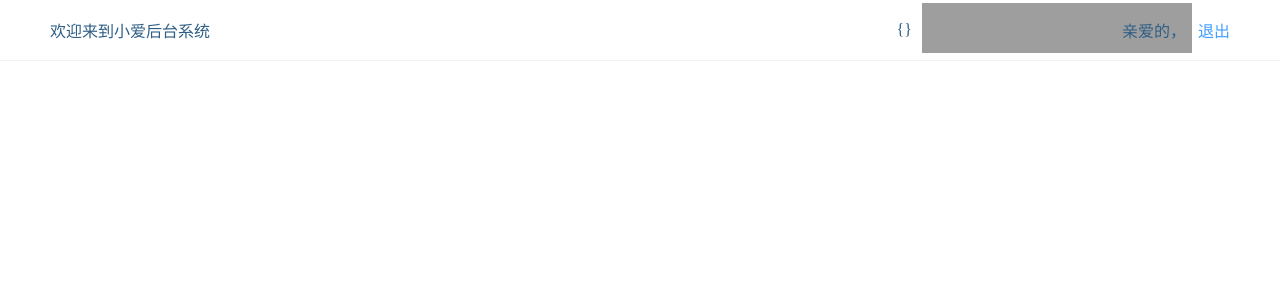
Repository: ZHANG-0714/backstage
Page: /
These files come from the project's save history. The page is drawn as it stood at one moment and after the next save; the edit follows.
The browser window is 1280 px wide. The pictures show the whole page.
Pictures or frames that could not be fetched are drawn as grey boxes. The project was rebuilt for these pictures with package versions that can differ from the ones it lists, and the page was loaded fresh each time. Also part of the build but not shown: vue.config.js, src/views/Home.vue.

Above is the page before, as saved 2020-08-31 17:56:20.

### public/index.html
<!DOCTYPE html>
<html lang="en">

<head>
  <meta charset="utf-8">
  <meta http-equiv="X-UA-Compatible" content="IE=edge">
  <meta name="viewport" content="width=device-width,initial-scale=1.0">
  <link rel="icon" href="<%= BASE_URL %>favicon.ico">
  <title><%= htmlWebpackPlugin.options.title %></title>
</head>

<body>
  <noscript>
    <strong>We're sorry but <%= htmlWebpackPlugin.options.title %> doesn't work properly without JavaScript enabled.
      Please enable it to continue.</strong>
  </noscript>
  <div id="app"></div>
  <!-- built files will be auto injected -->

  <!--[if lte IE 9]>
    <div style='position:absolute; top: 50%; left:50%; margin-top: -50px;margin-left: -400px; align-items: center;justify-content: center;'>
      <div style='width: 800px; height: 100px;text-align: center'>
        <h1>
        您的浏览器版本过低 请下载最新的谷歌浏览器
      </h1>
      <div style='text-align: center;width: 800px'>
        <a href='http://rj.baidu.com/soft/detail/14744.html?ald'>下载谷歌浏览器点此链接</a>
      </div>
      </div>
    </div>
  <![endif]-->
</body>

</html>

### src/App.vue
<template>
  <div id="app">
    <router-view />
  </div>
</template>

<style lang="scss">
@import "../style/Css";
@import '../style/Situation'
</style>

### src/router/index.js
import Vue from 'vue'
import VueRouter from 'vue-router'
import Home from '../views/Home.vue'
import Public from '../views/Public.vue'

Vue.use(VueRouter)

const routes = [
  {
    path: '/home',
    redirect: '/'
  },
  {
    path: '/',
    component: Public,
    children: [
      {
        path: '',
        name: 'Home',
        component: Home,  //首页
        meta: {
          title: "首页"
        }
      },
    ]
  }
]

const router = new VueRouter({
  mode: 'history',
  base: process.env.BASE_URL,
  routes
})

export default router

### src/store/index.js
import Vue from 'vue'
import Vuex from 'vuex'
import user from './user/user'

Vue.use(Vuex)

export default new Vuex.Store({
  state: {
  },
  mutations: {
  },
  actions: {
  },
  modules: {
    user
  }
})

### style/Css.css
* {
	margin: 0;
	padding: 0;
}

.flex {
	display: flex;
}

.justify-content {
	justify-content: center;
}

.align-items {
	align-items: center;
}

.space-around {
	justify-content: space-around;
}

.space-between {
	justify-content: space-between;
}

.flex-direction {
	flex-direction: column;
}

.flex-end {
	align-items: flex-end;
}

.text-overflow {
	overflow: hidden;
	text-overflow: ellipsis;
	display: -webkit-box;
	-webkit-line-clamp: 1;
	-webkit-box-orient: vertical;
}

.opacity {
	opacity: 0.9;
}

.filter {
	filter: blur(30px);
	z-index: -1;
}

.flex-wrap {
	flex-wrap: wrap;
}

.position {
	position: fixed;
}

### style/Situation.scss
.el-card--header--img--doos {
    .el-card__header {
        border-bottom: 1px solid #535353;
    }
    .el-form-item__label{
        padding: 0;
    }
}

### src/views/Public.vue
<template>
  <!-- 公共 -->
  <div>
    <headTop></headTop>
  </div>
</template>

<script>
import headTop from "../components/public/headTop";
export default {
  name: "",
  props: {},
  components: {
    headTop,
  },
  data() {
    return {};
  },
  methods: {},
  mounted() {},
  watch: {},
  computed: {},
};
</script>

<style scoped lang='scss'>
</style>

### src/store/user/user.js
import api from '../../http/api'
import router from '../../router'
import { Message } from 'element-ui'

export default {
    // 开启命名空间 这个文件就是单独的一个vuex的模块
    namespaced: true,
    state: {
        menus: []
    },
    mutations: {
        seMenus(state, data) {
            state.menus = data
        }
    },
    actions: {
        //所有的请求都写在actions里面
        // actions 里面的方法可以传两个参数，第一个参数是整个store(vuex对象) 第二个参数是请求的参数
        async getMenus({ commit }) {
            let res = await api.getMenus()
            if (res.meta.status === 200) {
                // 提交mutation
                commit('setMenus', res.data)
            }
        },
        //登录
        async login({ commit }, { username, password }) {
            let res = await api.login({
                username,
                password
            })
            console.log(commit);
            console.log(res);
            if (res.meta.status === 200) {
                // 存储信息
                localStorage.setItem('adminToken', res.data.toke)
                localStorage.setItem('adminUser', JSON.stringify(res.data))
                // 跳转路由
                router.push('/')
                // 提示用户
                Message.success('登录成功')
            }
        }
    },
}

### src/components/public/headTop.vue
<template>
  <!-- 头部组件 -->
  <div class="top flex align-items space-between">
    <div class="name">欢迎来到小爱后台系统</div>
    <!-- 时间 -->
    <div class="flex align-items">
      <div class="time">{{time}}</div>
      <div class="time">{{hi}}{{date}}</div>
      <!-- 天气 -->
      <div class="iframes">
        <iframe
          class="m-l1"
          scrolling="no"
          src="https://tianqiapi.com/api.php?style=ty&skin=pitaya"
          frameborder="0"
          width="50"
          height="50"
          allowtransparency="true"
        ></iframe>
      </div>
      <!-- 用户 -->
      <div>亲爱的，{{user.username}}</div>
      <!-- 退出 -->
      <div class="quit">退出</div>
    </div>
  </div>
</template>

<script>
import dayjs from "dayjs";
export default {
  name: "",
  props: {},
  components: {},
  data() {
    return {
      time: "", //获取当前登录时间
      date: "",
      hi: {},
      user: {},
    };
  },
  methods: {},
  mounted() {
    //  获取当前登录时间
    this.time = dayjs().format("YYYY/MM/DD");

    let _this = this; // 声明一个变量指向Vue实例this，保证作用域一致
    this.timer = setInterval(() => {
      _this.date = dayjs().format("hh:mm:ss"); // 修改数据date
    }, 1000);

    //   判断时间段
    let hi = dayjs().format("HH");
    if (hi > 6 && hi <= 13) {
      this.hi = "早上";
    } else if (hi > 11 && hi <= 13) {
      this.hi = "中午";
    } else if (hi > 13 && hi <= 18) {
      this.hi = "下午";
    } else if (hi > 18 && hi <= 23) {
      this.hi = "晚上";
    } else {
      this.hi = "该睡觉了";
    }

    //登录获取的对象
    this.user = JSON.parse(localStorage.getItem("adminUser"));
    console.log(this.user);
  },
  watch: {},
  computed: {},
};
</script>

<style scoped lang='scss'>
.top {
  height: 60px;
  padding: 0 50px;
  border-bottom: 1px solid #f0f2f5;
  color: #2e5e85;
}
.time {
  margin-right: 10px;
}
.iframes {
  width: 200px;
}
iframe {
  width: 270px;
  font-size: 30px;
}
.quit {
  color: #409eff;
  margin-left: 12px;
  &:hover {
    cursor: pointer;
  }
}
</style>

### src/http/api.js
import service from './index'

export default {
    login({ username, password }) {
        return service.post('/login', {
            username,
            password
        })
    }
}

### src/http/index.js
import axios from 'axios'
import nprogress from 'nprogress'
import { Message } from 'element-ui'

//运行环境：本地环境:devlpment 和线上（生产）环境：production
const ispro = process.env.NODE_ENV === 'production'

//创建一个axios的实例
const service = axios.create({
    //基础路径:需要根据当前的运行环境来判断
    baseURL: ispro ? '线上接口路径' : '/api',
    //超时时间
    timeout: 100000
})

// 请求拦截：每一次发请求都会做的事
service.interceptors.request.use((config) => {
    nprogress.start()
    //前后端鉴权
    //jwt：JSON WEB TOKEN
    //登录成功后 后端会返回一个令牌
    let token = localStorage.getItem('abminToken')
    if (token) {
        config.headers['Authorization'] = token
    }
    return config
}, err => {
    nprogress.done()
    return Promise.reject(err)
})

//响应拦截：每一次接口返回数据的时候都会做的事
service.interceptors.response.use((res) => {
    nprogress.done()
    return res.data
}, err => {
    if (err.response && err.response.status) {
        // 错误请求的状态码
        let status = err.response.status
        if (status === 400) {
            Message.error('参数错误')
        }
        if (status === 401) {
            Message.error('登录过期，请重新登录')
        }
        if (status === 403) {
            Message.error('没有权限')
        }
        if (status === 404) {
            Message.error('接口路径错误')
        }
        if (status === 500) {
            Message.error('服务器出错')
        }
        if (status === 503) {
            Message.error('服务器在维护')
        }
    }
    return Promise.reject(err)
}
)

export default service

Loaded but not shown: src/main.js (common file)

After the next save:
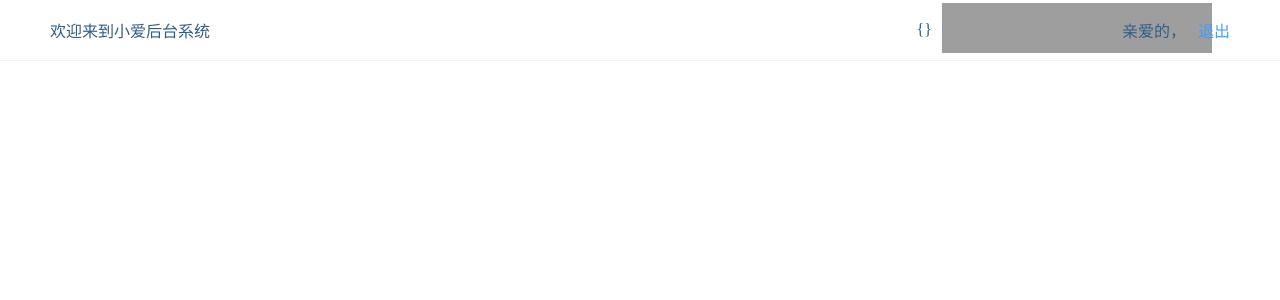
Saved 11 s later.
--- a/src/components/public/headTop.vue
+++ b/src/components/public/headTop.vue
@@ -84,7 +84,7 @@ export default {
   margin-right: 10px;
 }
 .iframes {
-  width: 200px;
+  width: 180px;
 }
 iframe {
   width: 270px;
